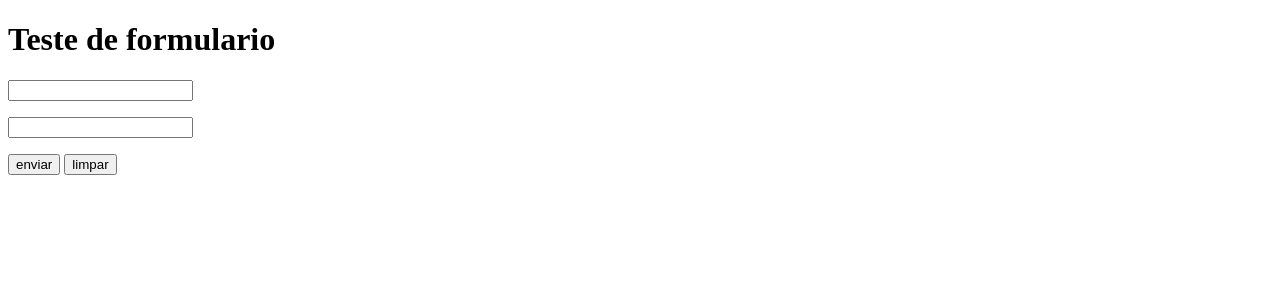
Repository: Lucianorodriguesdev/cursoHTML-CSS
Page: ex025/form002.html
These files come from the project's save history. The page is drawn as it stood at one moment and after the next save; the edit follows.
The browser window is 1280 px wide. The pictures show the whole page.

Above is the page before, as saved 2026-07-07 22:26:18.

### ex025/form002.html
<!DOCTYPE html>
<html lang="pt-br">
<head>
    <meta charset="UTF-8">
    <meta name="viewport" content="width=device-width, initial-scale=1.0">
    <title>formulario</title>
</head>
<body>
    <h1>Teste de formulario</h1>
    <form action="formulario.php" method="post">

        <!--o minlegth serve para dizer quantos caracteres minimos tera em cada input
        e maxlegth o oposto-->

        <p>
            <label for="iusuario"></label>
            <input type="text" name="usuario" id="iusuario" required minlength="5">
        </p>
        <p>
            <label for="isenha"></label>
            <input type="password" name="senha" id="isenha" required>
        </p>
        <p>
            <input type="submit" value="enviar">
            <input type="reset" value="limpar">
        </p>
    </form>
</body>
</html>

After the next save:
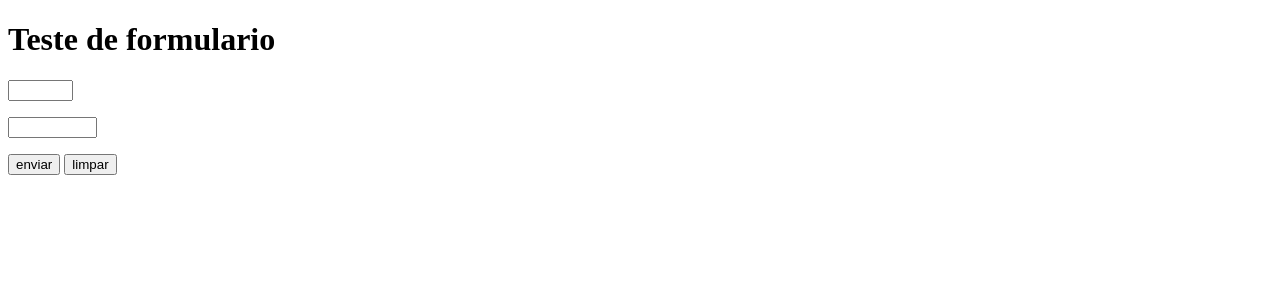
Saved 2 min 24 s later.
--- a/ex025/form002.html
+++ b/ex025/form002.html
@@ -10,15 +10,18 @@
     <form action="formulario.php" method="post">
 
         <!--o minlegth serve para dizer quantos caracteres minimos tera em cada input
-        e maxlegth o oposto-->
+        e maxlegth o oposto
+
+        se colocarmos size no input ele ira ditar ate quantos caracteres sera o tamanho da caixa
+        -->
 
         <p>
             <label for="iusuario"></label>
-            <input type="text" name="usuario" id="iusuario" required minlength="5">
+            <input type="text" name="usuario" id="iusuario" required minlength="5" size="5">
         </p>
         <p>
             <label for="isenha"></label>
-            <input type="password" name="senha" id="isenha" required>
+            <input type="password" name="senha" id="isenha" required size="8">
         </p>
         <p>
             <input type="submit" value="enviar">
